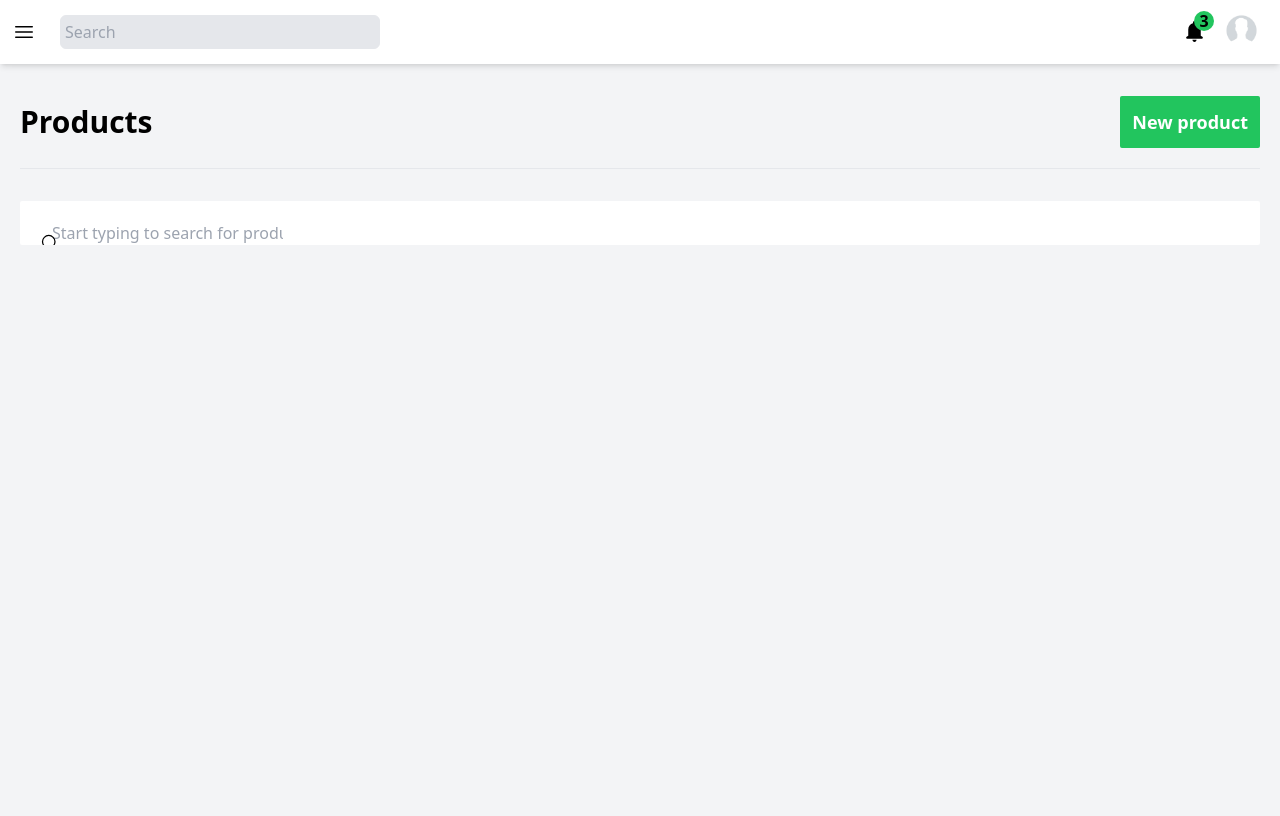
Repository: IssaMuiz/ifarmstock-admin
Page: /products
These files come from the project's save history. The page is drawn as it stood at one moment and after the next save; the edit follows.
The browser window is 1280 px wide. The pictures show the whole page.
The page's requests for data from a server got no answer. The project was rebuilt for these pictures with package versions that can differ from the ones it lists, and the page was loaded fresh each time. The framework's server and built-in components were replaced by stand-ins that run in the browser. No one was signed in, and anything a server would have sent is missing. Also part of the build but not shown: next.config.mjs.

Above is the page before, as saved 2024-10-12 15:14:30.

### app/layout.tsx
import type { Metadata } from "next";
import localFont from "next/font/local";
import "./globals.css";
import ClientSessionProvider from "../components/clientSessionProvider";

const geistSans = localFont({
  src: "./fonts/GeistVF.woff",
  variable: "--font-geist-sans",
  weight: "100 900",
});
const geistMono = localFont({
  src: "./fonts/GeistMonoVF.woff",
  variable: "--font-geist-mono",
  weight: "100 900",
});

export const metadata: Metadata = {
  title: "iFarmStock-admin",
  description: "Generated by create next app",
};

export default function RootLayout({
  children,
}: Readonly<{
  children: React.ReactNode;
}>) {
  return (
    <html lang="en">
      <body
        className={`${geistSans.variable} ${geistMono.variable} antialiased mx-5 bg-gray-100`}
      >
        <ClientSessionProvider>{children}</ClientSessionProvider>
      </body>
    </html>
  );
}

### app/products/page.tsx
import React from "react";

const Products = () => {
  return (
    <section className="mt-24 min-h-screen">
      <div className="flex justify-between items-center mb-5">
        <h1 className="text-3xl font-semibold">Products</h1>
        <button
          type="button"
          className="p-3 font-semibold text-lg bg-green-500 hover:bg-green-600 rounded-sm text-white"
        >
          New product
        </button>
      </div>
      <hr />
      <div className="bg-white rounded-sm md:overflow-x-auto mt-8">
        <div className="relative pt-5">
          <svg
            xmlns="http://www.w3.org/2000/svg"
            fill="none"
            viewBox="0 0 24 24"
            strokeWidth={1.5}
            stroke="currentColor"
            className="size-5 absolute left-5 top-8"
          >
            <path
              strokeLinecap="round"
              strokeLinejoin="round"
              d="m21 21-5.197-5.197m0 0A7.5 7.5 0 1 0 5.196 5.196a7.5 7.5 0 0 0 10.607 10.607Z"
            />
          </svg>

          <input
            className=" pl-8"
            type="text"
            placeholder="Start typing to search for products"
          />
        </div>
      </div>
    </section>
  );
};

export default Products;

### components/clientSessionProvider.tsx
"use client";

import { SessionProvider } from "next-auth/react";
import { ReactNode, useState } from "react";
import Navbar from "./navbar";
import Sidenav from "./sidenav";
import { usePathname } from "next/navigation";
export default function ClientSessionProvider({
  children,
}: {
  children: ReactNode;
}) {
  const [showSidebar, setShowSidebar] = useState(false);

  const pathname = usePathname();

  const noNavRoutes = [
    "/",
    "/forgot-password",
    "/reset-password",
    "/signup",
    "/verify-email",
  ];
  const toggleSidebar = () => {
    setShowSidebar((prev) => !prev);
  };
  return (
    <SessionProvider>
      <main className="flex ">
        <Sidenav showSidebar={showSidebar} setShowSidebar={setShowSidebar} />

        <div
          className={`fixed block xl:hidden inset-0 bg-black transition-opacity duration-300 ease-in-out z-10 ${
            showSidebar
              ? "opacity-40 pointer-events-auto"
              : "opacity-0 pointer-events-none"
          }`}
          onClick={toggleSidebar}
        ></div>
        <section
          className={`relative z-0 transition-all duration-300 ease-in-out ${
            showSidebar ? "xl:ml-64" : "w-full"
          }  flex-1`}
        >
          {!noNavRoutes.includes(pathname) && (
            <Navbar toggleSidebar={toggleSidebar} showSidebar={showSidebar} />
          )}

          {children}
        </section>
      </main>
    </SessionProvider>
  );
}

### components/navbar.tsx
import React, { useEffect, useRef } from "react";
import { useSession } from "next-auth/react";
import Image from "next/image";
import { useState } from "react";
import { signOut } from "next-auth/react";

interface ToggleSidebar {
  toggleSidebar: (event: React.MouseEvent<HTMLOrSVGElement>) => void;
  showSidebar: boolean;
}
const Navbar = ({ toggleSidebar, showSidebar }: ToggleSidebar) => {
  const [showProfile, setShowProfile] = useState(false);
  const { data: session } = useSession();
  const dropdownRef = useRef<HTMLDivElement>(null);

  const toggleShowProfile = () => {
    setShowProfile((prev) => !prev);
  };

  const handleClickOutside = (e: MouseEvent) => {
    if (
      dropdownRef.current &&
      !dropdownRef.current.contains(e.target as Node)
    ) {
      setShowProfile(false);
    }
  };

  useEffect(() => {
    document.addEventListener("mousedown", handleClickOutside);

    return () => {
      document.removeEventListener("mousedown", handleClickOutside);
    };
  }, []);
  return (
    <nav
      className={`bg-white h-16 fixed top-0 left-0 ${
        showSidebar ? "xl:left-64" : "w-full"
      } right-0 shadow-md z-10 transition-all ease-in-out duration-300`}
    >
      <div className="mx-auto flex justify-between p-2">
        <div className="leftnav flex-1 flex gap-2 md:gap-5 items-center ">
          <svg
            onClick={toggleSidebar}
            xmlns="http://www.w3.org/2000/svg"
            viewBox="0 0 24 24"
            strokeWidth={1.5}
            stroke="currentColor"
            className="size-8 rounded-sm cursor-pointer p-1 hover:bg-gray-300"
          >
            <path
              strokeLinecap="round"
              strokeLinejoin="round"
              d="M3.75 6.75h16.5M3.75 12h16.5m-16.5 5.25h16.5"
            />
          </svg>

          <input
            type="text"
            placeholder="Search"
            className="p-1 bg-gray-200 rounded-md max-w-80 flex-1 border outline-none"
          />
        </div>
        <div className="right-nav flex items-center gap-1 ml-2">
          <div className="relative cursor-pointer hover:bg-gray-300 rounded-sm p-2">
            <svg
              xmlns="http://www.w3.org/2000/svg"
              x="0px"
              y="0px"
              width="25"
              height="25"
              viewBox="0 0 24 24"
              className="fill:#1A1A1A;"
            >
              <path d="M 12 2 C 11.172 2 10.5 2.672 10.5 3.5 L 10.5 4.1953125 C 7.9131836 4.862095 6 7.2048001 6 10 L 6 16 L 4.4648438 17.15625 L 4.4628906 17.15625 A 1 1 0 0 0 4 18 A 1 1 0 0 0 5 19 L 12 19 L 19 19 A 1 1 0 0 0 20 18 A 1 1 0 0 0 19.537109 17.15625 L 18 16 L 18 10 C 18 7.2048001 16.086816 4.862095 13.5 4.1953125 L 13.5 3.5 C 13.5 2.672 12.828 2 12 2 z M 10 20 C 10 21.1 10.9 22 12 22 C 13.1 22 14 21.1 14 20 L 10 20 z"></path>
            </svg>
            <span className=" absolute flex items-center justify-center font-semibold top-0 left-5 bg-green-500 p-1 h-5 w-5 rounded-full">
              3
            </span>
          </div>
          <div className="relative ">
            <div
              className="cursor-pointer hover:bg-gray-100 flex items-center"
              onClick={toggleShowProfile}
            >
              <Image
                src={session?.user?.image || "/assets/images/avatar.png"}
                alt="profile-image"
                width={45}
                height={45}
                className="rounded-md p-1"
              />
              <div className="flex-col hidden md:flex p-1">
                <p className="font-semibold text-xs">{session?.user?.name}</p>
                <p>{session?.user?.email}</p>
              </div>
            </div>
            {showProfile && (
              <div
                ref={dropdownRef}
                className="bg-white shadow top-14 -right-2 absolute w-60 md:w-[18rem] text-xl font-semibold rounded-sm "
              >
                <div className="flex flex-col gap-3">
                  <p className="hover:bg-gray-300 cursor-pointer px-4 py-2 mt-5 transition-all ease-in-out duration-300 text-xs">
                    Profile
                  </p>
                  <hr />
                  <p
                    onClick={() => signOut()}
                    className="hover:bg-gray-300 cursor-pointer px-4 py-2 mb-2 transition-all ease-in-out duration-300 border-gray-300 text-xs"
                  >
                    Sign Out
                  </p>
                </div>
              </div>
            )}
          </div>
        </div>
      </div>
    </nav>
  );
};

export default Navbar;

### components/sidenav.tsx
import React from "react";
import Link from "next/link";

interface Sidebar {
  showSidebar: boolean;
  setShowSidebar: (Sidebar: boolean) => void;
}
const Sidenav = ({ showSidebar, setShowSidebar }: Sidebar) => {
  const closeSidebar = () => {
    if (window.innerWidth < 1280) {
      setShowSidebar(false);
    }
  };
  return (
    <aside className="h-20 overflow-y-auto">
      <div
        className={`fixed w-64 overflow-x-hidden scrollbar  overflow-auto z-20 left-0 top-0 bottom-0 transform transition-transform duration-300  bg-gray-600 ${
          showSidebar ? "translate-x-0" : "-translate-x-full"
        }`}
      >
        <div className="bg-green-600 h-16 flex items-center gap-2 font-bold justify-center">
          <p className="text-2xl">iFarmStock</p>
          <p className="bg-white p-1 rounded-sm font-semibold text-sm">ADMIN</p>
        </div>
        <div className="flex flex-col items-start gap-6 text-white text-base font-semibold mt-10">
          <Link
            onClick={closeSidebar}
            href="/dashboard"
            className="flex gap-5 w-full items-center py-3 px-6 hover:bg-gray-500 cursor-pointer"
          >
            <svg
              width="25px"
              height="25px"
              viewBox="0 0 24 24"
              fill="none"
              xmlns="http://www.w3.org/2000/svg"
            >
              <path
                d="M21.54 19.25H21.31C21.2159 19.2194 21.1288 19.1706 21.0537 19.1062C20.9785 19.0418 20.9169 18.9632 20.8723 18.8749C20.8277 18.7866 20.8009 18.6903 20.7937 18.5917C20.7864 18.493 20.7988 18.3939 20.83 18.3C21.2622 16.9152 21.3626 15.4482 21.1231 14.0175C20.8837 12.5868 20.3111 11.2324 19.4516 10.0638C18.5921 8.89521 17.4698 7.94514 16.1754 7.29034C14.8809 6.63553 13.4506 6.29435 12 6.29435C10.5494 6.29435 9.11906 6.63553 7.82462 7.29034C6.53019 7.94514 5.4079 8.89521 4.54841 10.0638C3.68892 11.2324 3.11633 12.5868 2.87688 14.0175C2.63743 15.4482 2.73784 16.9152 3.17 18.3C3.21197 18.396 3.23338 18.4997 3.23284 18.6044C3.2323 18.7092 3.20983 18.8126 3.16687 18.9082C3.12391 19.0037 3.06142 19.0892 2.98341 19.1591C2.90541 19.229 2.81363 19.2818 2.71398 19.314C2.61434 19.3463 2.50903 19.3574 2.40485 19.3465C2.30068 19.3356 2.19994 19.303 2.10912 19.2508C2.01831 19.1986 1.93943 19.128 1.87758 19.0434C1.81573 18.9589 1.77226 18.8624 1.75 18.76C1.28255 17.2814 1.14055 15.7191 1.33375 14.1804C1.52694 12.6417 2.05074 11.1631 2.86922 9.84591C3.68769 8.52873 4.78146 7.40423 6.07545 6.54957C7.36945 5.69492 8.83303 5.13034 10.3658 4.89459C11.8985 4.65884 13.4641 4.7575 14.9551 5.1838C16.4461 5.61009 17.8273 6.35393 19.0037 7.36426C20.1802 8.3746 21.1241 9.62751 21.7708 11.037C22.4174 12.4465 22.7515 13.9792 22.75 15.53C22.75 16.6259 22.5814 17.7154 22.25 18.76C22.1977 18.9057 22.1011 19.0313 21.9738 19.1192C21.8464 19.2071 21.6947 19.2528 21.54 19.25Z"
                fill="#ffffff"
              />
              <path
                d="M21.54 19.25H2.45999C2.26108 19.25 2.07031 19.171 1.92966 19.0303C1.78901 18.8897 1.70999 18.6989 1.70999 18.5C1.70999 18.3011 1.78901 18.1103 1.92966 17.9697C2.07031 17.829 2.26108 17.75 2.45999 17.75H21.54C21.7389 17.75 21.9297 17.829 22.0703 17.9697C22.211 18.1103 22.29 18.3011 22.29 18.5C22.29 18.6989 22.211 18.8897 22.0703 19.0303C21.9297 19.171 21.7389 19.25 21.54 19.25Z"
                fill="#ffffff"
              />
              <path
                d="M12 16.25C11.9015 16.2505 11.8038 16.2312 11.7128 16.1935C11.6218 16.1557 11.5392 16.1001 11.47 16.03C11.3295 15.8894 11.2507 15.6988 11.2507 15.5C11.2507 15.3013 11.3295 15.1106 11.47 14.97L15.47 10.97C15.613 10.8661 15.788 10.8161 15.9643 10.8287C16.1406 10.8413 16.3067 10.9157 16.4335 11.0389C16.5602 11.162 16.6394 11.326 16.6571 11.5018C16.6747 11.6777 16.6297 11.8541 16.53 12L12.53 16C12.4633 16.0756 12.3819 16.1367 12.2908 16.1797C12.1997 16.2227 12.1007 16.2466 12 16.25Z"
                fill="#ffffff"
              />
            </svg>
            <p>Dashboard</p>
          </Link>
          <Link
            onClick={closeSidebar}
            href="/products"
            className="flex gap-5 w-full items-center py-3 px-6 hover:bg-gray-500 cursor-pointer"
          >
            <svg
              xmlns="http://www.w3.org/2000/svg"
              fill="none"
              viewBox="0 0 24 24"
              strokeWidth={1.5}
              stroke="currentColor"
              className="size-6"
            >
              <path
                strokeLinecap="round"
                strokeLinejoin="round"
                d="M6 6.878V6a2.25 2.25 0 0 1 2.25-2.25h7.5A2.25 2.25 0 0 1 18 6v.878m-12 0c.235-.083.487-.128.75-.128h10.5c.263 0 .515.045.75.128m-12 0A2.25 2.25 0 0 0 4.5 9v.878m13.5-3A2.25 2.25 0 0 1 19.5 9v.878m0 0a2.246 2.246 0 0 0-.75-.128H5.25c-.263 0-.515.045-.75.128m15 0A2.25 2.25 0 0 1 21 12v6a2.25 2.25 0 0 1-2.25 2.25H5.25A2.25 2.25 0 0 1 3 18v-6c0-.98.626-1.813 1.5-2.122"
              />
            </svg>

            <p>Products</p>
          </Link>
          <Link
            onClick={closeSidebar}
            href="/categories"
            className="flex gap-5 w-full items-center py-3 px-6 hover:bg-gray-500 cursor-pointer"
          >
            <svg
              xmlns="http://www.w3.org/2000/svg"
              fill="none"
              viewBox="0 0 24 24"
              strokeWidth={1.5}
              stroke="currentColor"
              className="size-6"
            >
              <path
                strokeLinecap="round"
                strokeLinejoin="round"
                d="M20.25 6.375c0 2.278-3.694 4.125-8.25 4.125S3.75 8.653 3.75 6.375m16.5 0c0-2.278-3.694-4.125-8.25-4.125S3.75 4.097 3.75 6.375m16.5 0v11.25c0 2.278-3.694 4.125-8.25 4.125s-8.25-1.847-8.25-4.125V6.375m16.5 0v3.75m-16.5-3.75v3.75m16.5 0v3.75C20.25 16.153 16.556 18 12 18s-8.25-1.847-8.25-4.125v-3.75m16.5 0c0 2.278-3.694 4.125-8.25 4.125s-8.25-1.847-8.25-4.125"
              />
            </svg>

            <p>Categories</p>
          </Link>
          <Link
            onClick={closeSidebar}
            href="/orders"
            className="flex gap-5 w-full items-center py-3 px-6 hover:bg-gray-500 cursor-pointer"
          >
            <svg
              xmlns="http://www.w3.org/2000/svg"
              fill="none"
              viewBox="0 0 24 24"
              strokeWidth={1.5}
              stroke="currentColor"
              className="size-6"
            >
              <path
                strokeLinecap="round"
                strokeLinejoin="round"
                d="M2.25 3h1.386c.51 0 .955.343 1.087.835l.383 1.437M7.5 14.25a3 3 0 0 0-3 3h15.75m-12.75-3h11.218c1.121-2.3 2.1-4.684 2.924-7.138a60.114 60.114 0 0 0-16.536-1.84M7.5 14.25 5.106 5.272M6 20.25a.75.75 0 1 1-1.5 0 .75.75 0 0 1 1.5 0Zm12.75 0a.75.75 0 1 1-1.5 0 .75.75 0 0 1 1.5 0Z"
              />
            </svg>

            <p>Orders</p>
          </Link>
          <Link
            onClick={closeSidebar}
            href="/customers"
            className="flex gap-5 w-full items-center py-3 px-6 hover:bg-gray-500 cursor-pointer"
          >
            <svg
              xmlns="http://www.w3.org/2000/svg"
              fill="none"
              viewBox="0 0 24 24"
              strokeWidth={1.5}
              stroke="currentColor"
              className="size-6"
            >
              <path
                strokeLinecap="round"
                strokeLinejoin="round"
                d="M15.75 6a3.75 3.75 0 1 1-7.5 0 3.75 3.75 0 0 1 7.5 0ZM4.501 20.118a7.5 7.5 0 0 1 14.998 0A17.933 17.933 0 0 1 12 21.75c-2.676 0-5.216-.584-7.499-1.632Z"
              />
            </svg>

            <p>Customers</p>
          </Link>
          <Link
            onClick={closeSidebar}
            href="/settings"
            className="flex gap-5 w-full items-center py-3 px-6 hover:bg-gray-500 cursor-pointer"
          >
            <svg
              xmlns="http://www.w3.org/2000/svg"
              fill="none"
              viewBox="0 0 24 24"
              strokeWidth={1.5}
              stroke="currentColor"
              className="size-6"
            >
              <path
                strokeLinecap="round"
                strokeLinejoin="round"
                d="M9.594 3.94c.09-.542.56-.94 1.11-.94h2.593c.55 0 1.02.398 1.11.94l.213 1.281c.063.374.313.686.645.87.074.04.147.083.22.127.325.196.72.257 1.075.124l1.217-.456a1.125 1.125 0 0 1 1.37.49l1.296 2.247a1.125 1.125 0 0 1-.26 1.431l-1.003.827c-.293.241-.438.613-.43.992a7.723 7.723 0 0 1 0 .255c-.008.378.137.75.43.991l1.004.827c.424.35.534.955.26 1.43l-1.298 2.247a1.125 1.125 0 0 1-1.369.491l-1.217-.456c-.355-.133-.75-.072-1.076.124a6.47 6.47 0 0 1-.22.128c-.331.183-.581.495-.644.869l-.213 1.281c-.09.543-.56.94-1.11.94h-2.594c-.55 0-1.019-.398-1.11-.94l-.213-1.281c-.062-.374-.312-.686-.644-.87a6.52 6.52 0 0 1-.22-.127c-.325-.196-.72-.257-1.076-.124l-1.217.456a1.125 1.125 0 0 1-1.369-.49l-1.297-2.247a1.125 1.125 0 0 1 .26-1.431l1.004-.827c.292-.24.437-.613.43-.991a6.932 6.932 0 0 1 0-.255c.007-.38-.138-.751-.43-.992l-1.004-.827a1.125 1.125 0 0 1-.26-1.43l1.297-2.247a1.125 1.125 0 0 1 1.37-.491l1.216.456c.356.133.751.072 1.076-.124.072-.044.146-.086.22-.128.332-.183.582-.495.644-.869l.214-1.28Z"
              />
              <path
                strokeLinecap="round"
                strokeLinejoin="round"
                d="M15 12a3 3 0 1 1-6 0 3 3 0 0 1 6 0Z"
              />
            </svg>

            <p>Settings</p>
          </Link>
        </div>
      </div>
    </aside>
  );
};

export default Sidenav;

Loaded but not shown: app/globals.css (common file); tailwind.config.ts (common file)

After the next save:
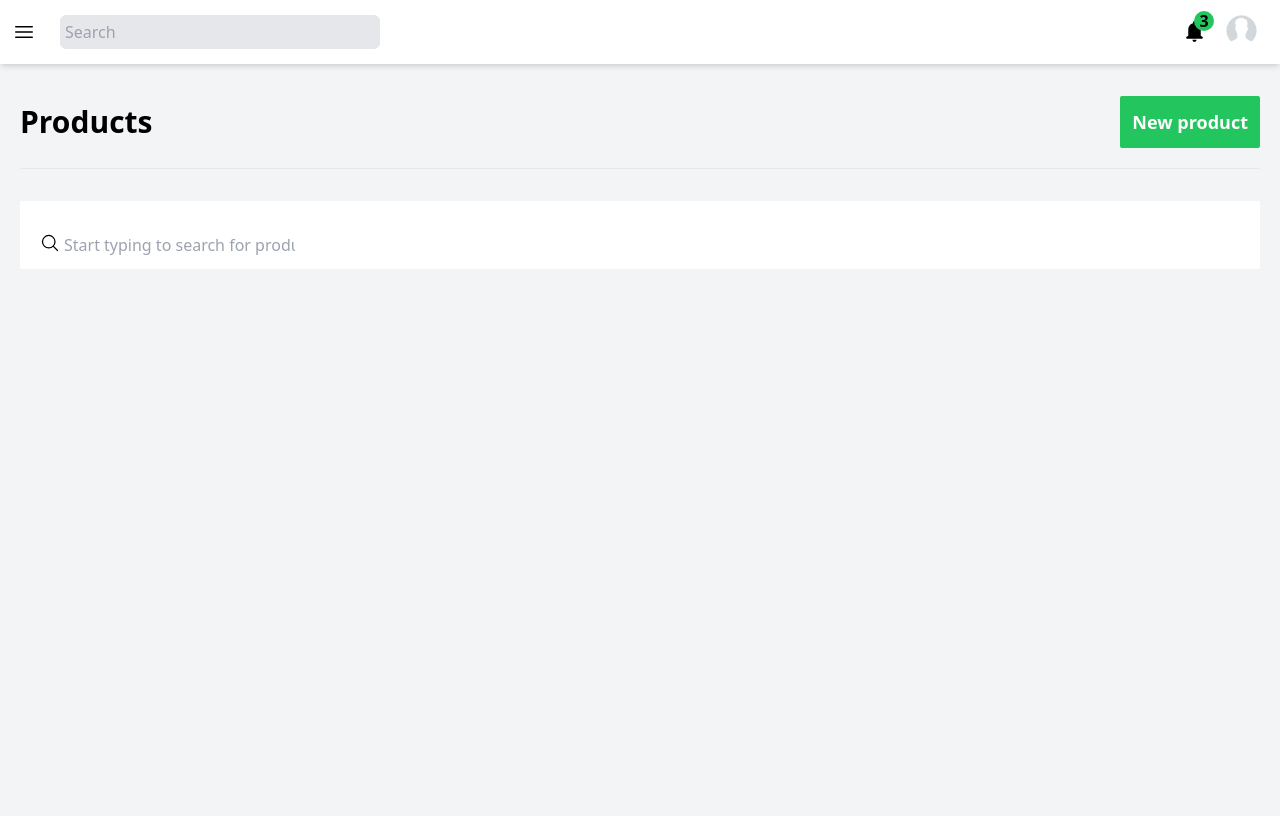
Saved 16 s later.
--- a/app/products/page.tsx
+++ b/app/products/page.tsx
@@ -31,7 +31,7 @@ const Products = () => {
           </svg>
 
           <input
-            className=" pl-8"
+            className="p-3 ml-8"
             type="text"
             placeholder="Start typing to search for products"
           />
